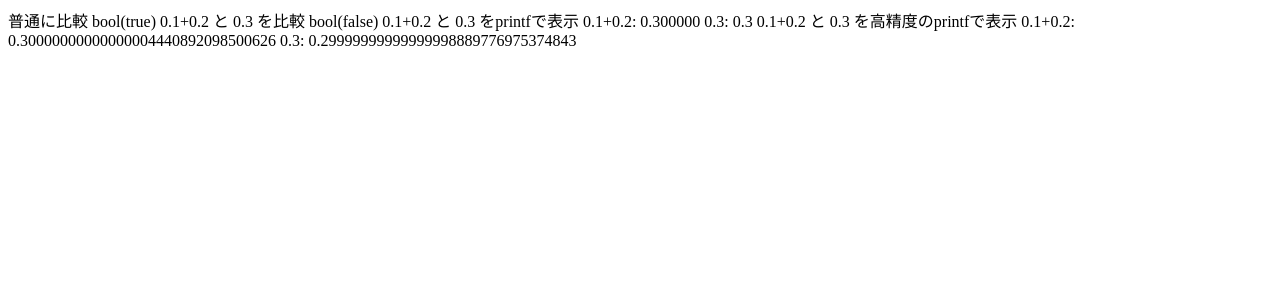
Repository: NishidaShiko/kadai
Page: http://localhost/compare_float.php
The author's editor kept a record of every edit. The page is drawn from the files as they stood at one moment, then again after the next edit.
The browser window is 1280 px wide. The pictures show the whole page.
The page is run by PHP 8.4 with error messages shown; the project is at /var/www/html/.

Above is the page before.

### compare_float.php
<?php

echo "普通に比較\n";
$f = 0.3;
var_dump($f === 0.3);

echo "\n";
echo "0.1+0.2 と 0.3 を比較\n";
$f = 0.1 + 0.2;
var_dump($f === 0.3);

echo "\n";
echo "0.1+0.2 と 0.3 をprintfで表示\n";
printf("0.1+0.2: %f \n", $f);
printf("    0.3: $f \n", 0.3);

echo "\n";
echo "0.1+0.2 と 0.3 を高精度のprintfで表示\n";
printf("0.1+0.2: %.32f \n",$f);
printf("    0.3: %.32f \n",0.3);

After the next edit:
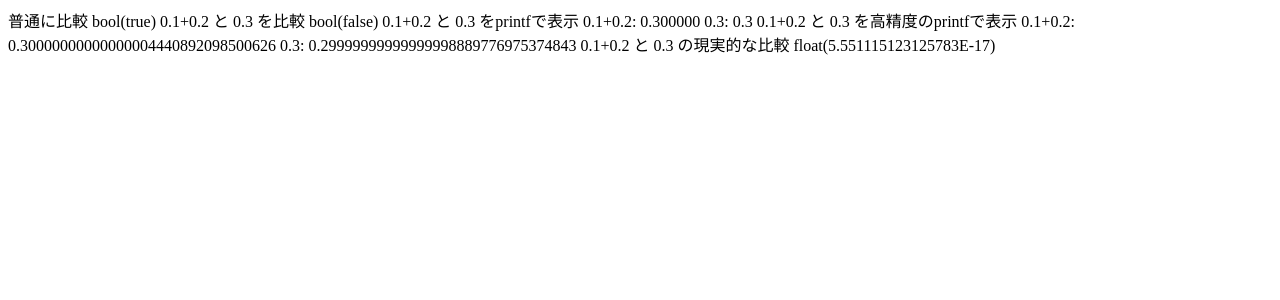
The edit:
--- a/compare_float.php
+++ b/compare_float.php
@@ -18,3 +18,8 @@ echo "\n";
 echo "0.1+0.2 と 0.3 を高精度のprintfで表示\n";
 printf("0.1+0.2: %.32f \n",$f);
 printf("    0.3: %.32f \n",0.3);
+
+echo "\n";
+echo "0.1+0.2 と 0.3 の現実的な比較\n";
+define('FLOAT_PRECISION', 0.000001);
+var_dump( abs($f - 0.3)) < FLOAT_PRECISION;
